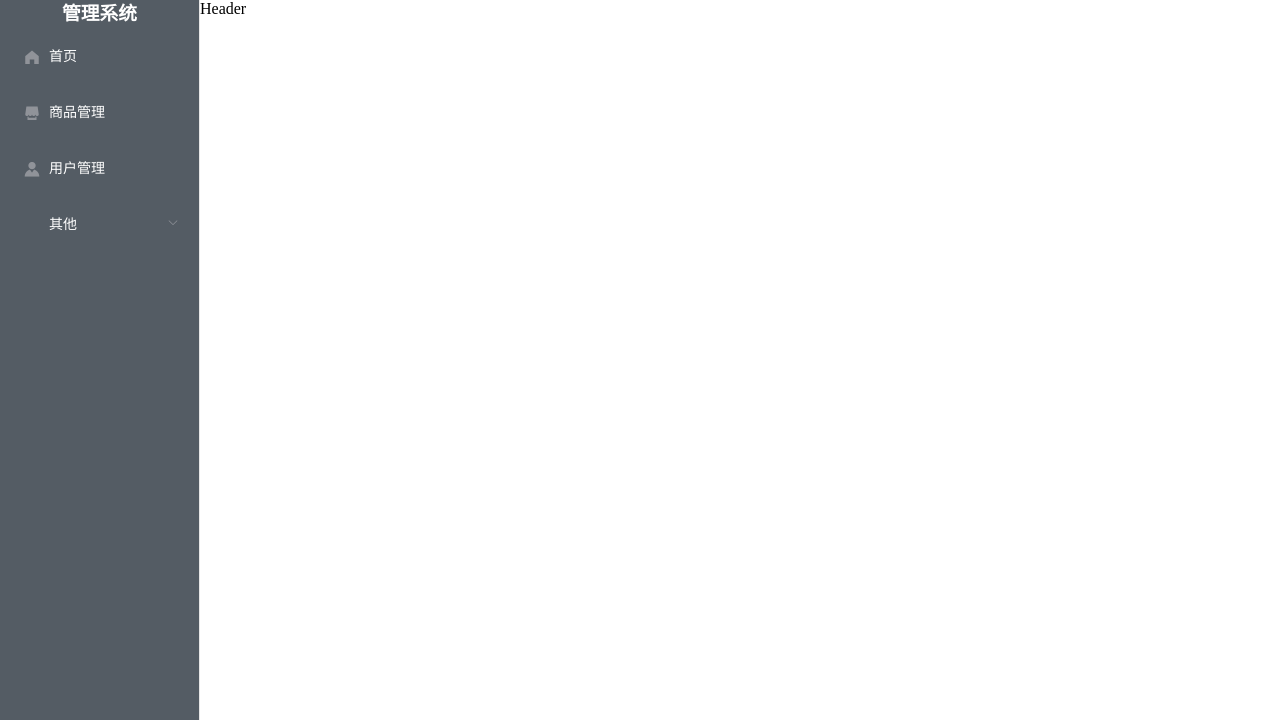
Repository: tkqi/manage
Page: /#/
These files come from the project's save history. The page is drawn as it stood at one moment and after the next save; the edit follows.
The browser window is 1280 px wide. The pictures show the whole page.
The project was rebuilt for these pictures with package versions that can differ from the ones it lists, and the page was loaded fresh each time. Also part of the build but not shown: vue.config.js.

Above is the page before, as saved 2023-12-01 14:27:01.

After the next save:
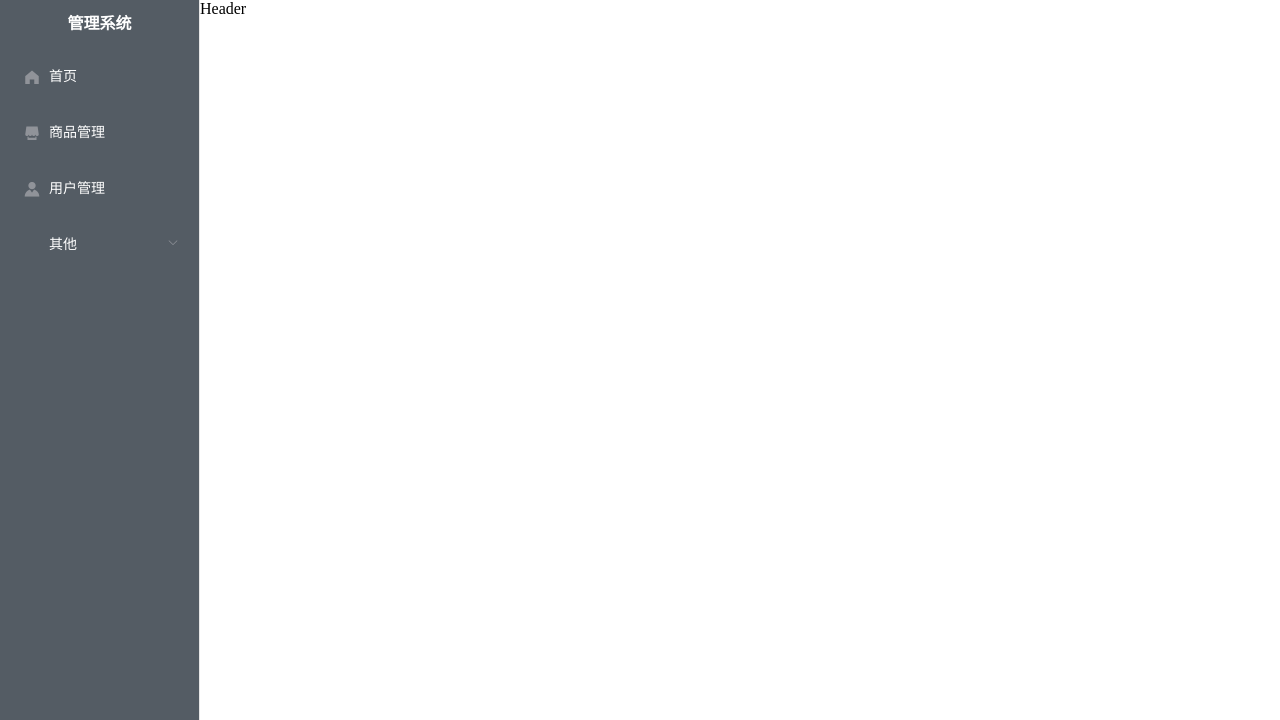
Saved 33 min 23 s later.
--- a/src/components/sidebar.vue
+++ b/src/components/sidebar.vue
@@ -102,7 +102,9 @@ export default {
     h3 {
         color: rgb(255, 255, 255);
         text-align: center;
-        line-height: 28px;
+        line-height: 48px;
+        font-size: 16px;
+        font-weight: 400px;
     }
 }
 </style>
